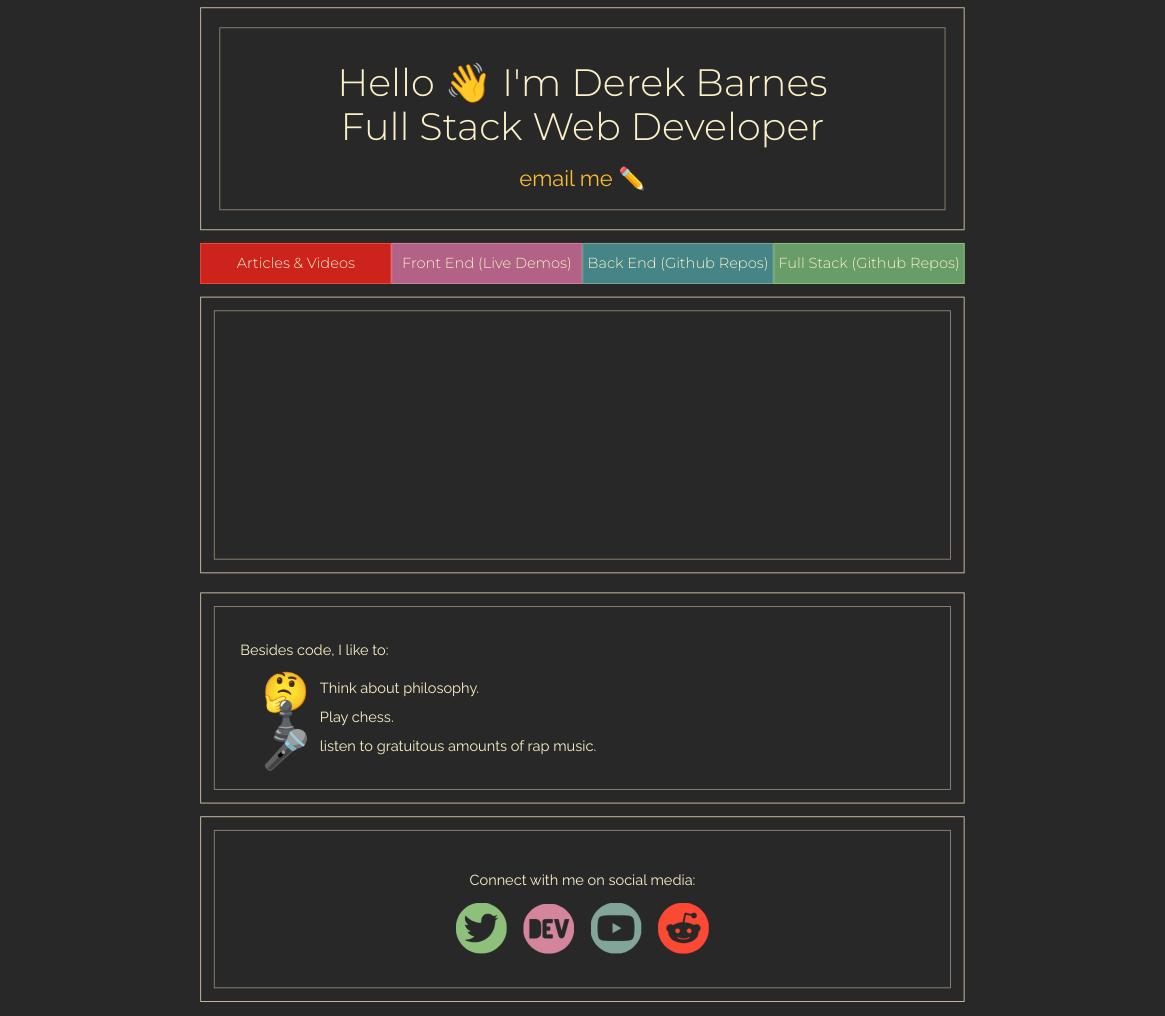
Repository: dsbarnes/groovy-blog
Page: index.html
The author's editor kept a copy of each file at every save. The page is drawn from the files as they stood at one save, then again after the next save.
The browser window is 1280 px wide. The pictures show the whole page, at 91% of full size.
After loading, the first visible `#articles` was clicked once.
The style sheet was rebuilt from its Sass, Less or Tailwind sources for each picture, by a compiler version that may differ from the author's.

Above is the page before, as saved 2020-05-09 21:18:52.
Console error: TypeError: Cannot read properties of null (reading 'classList')

After the next save:
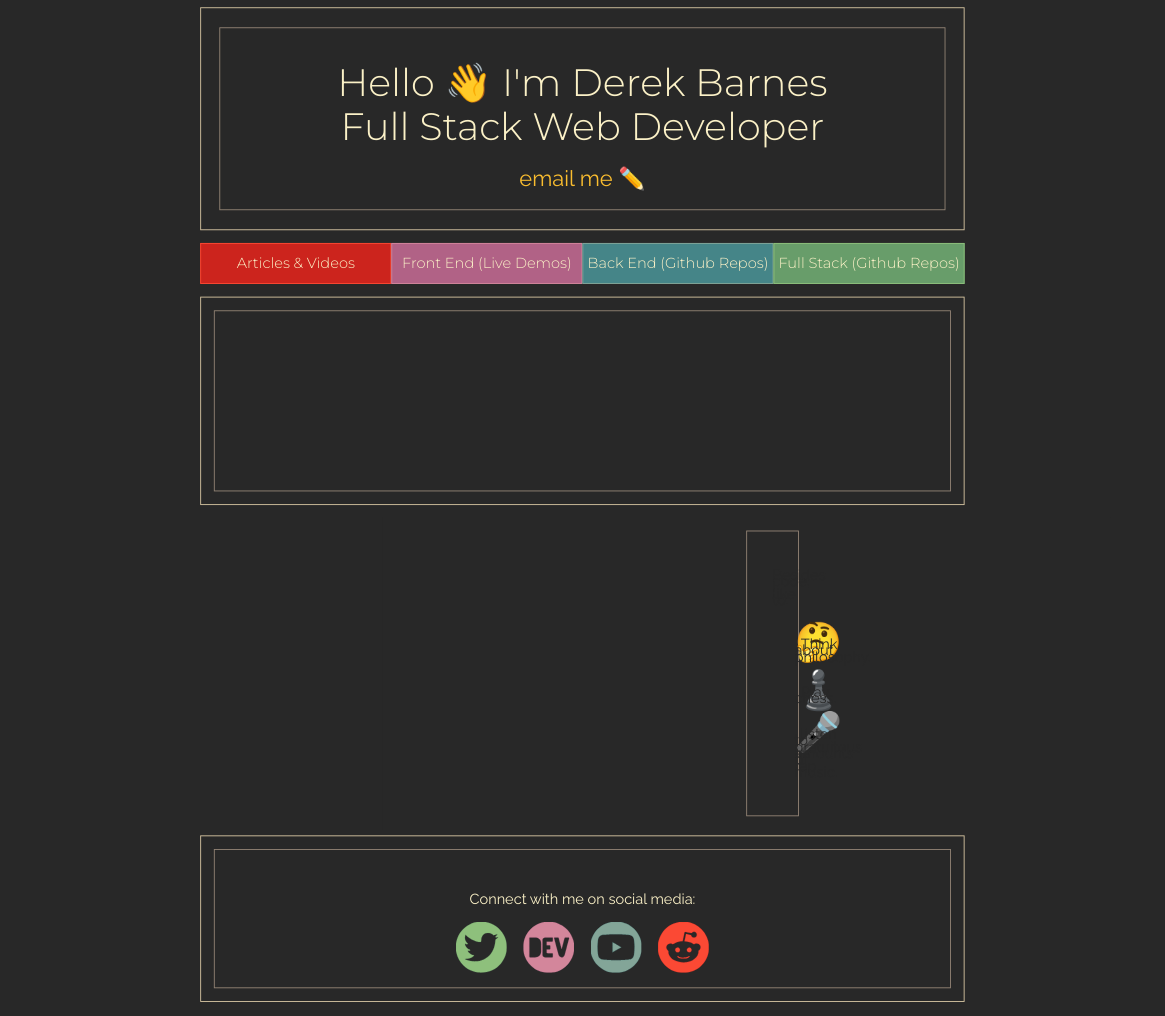
The error is gone.
Saved 23 s later.
--- a/index.js
+++ b/index.js
@@ -19,10 +19,10 @@ document.querySelectorAll('.nav')
             .classList.toggle('collapsed')
 
         // Shrinks and fades out the middle box
-        document.querySelector('.section-two.collapsible')
+        document.querySelector('.hobbies.collapsible')
             .classList.toggle('collapsed')
 
-        document.querySelector('.section-three')
+        document.querySelector('.social-media')
             .classList.toggle('collapsed')
 
     }))
